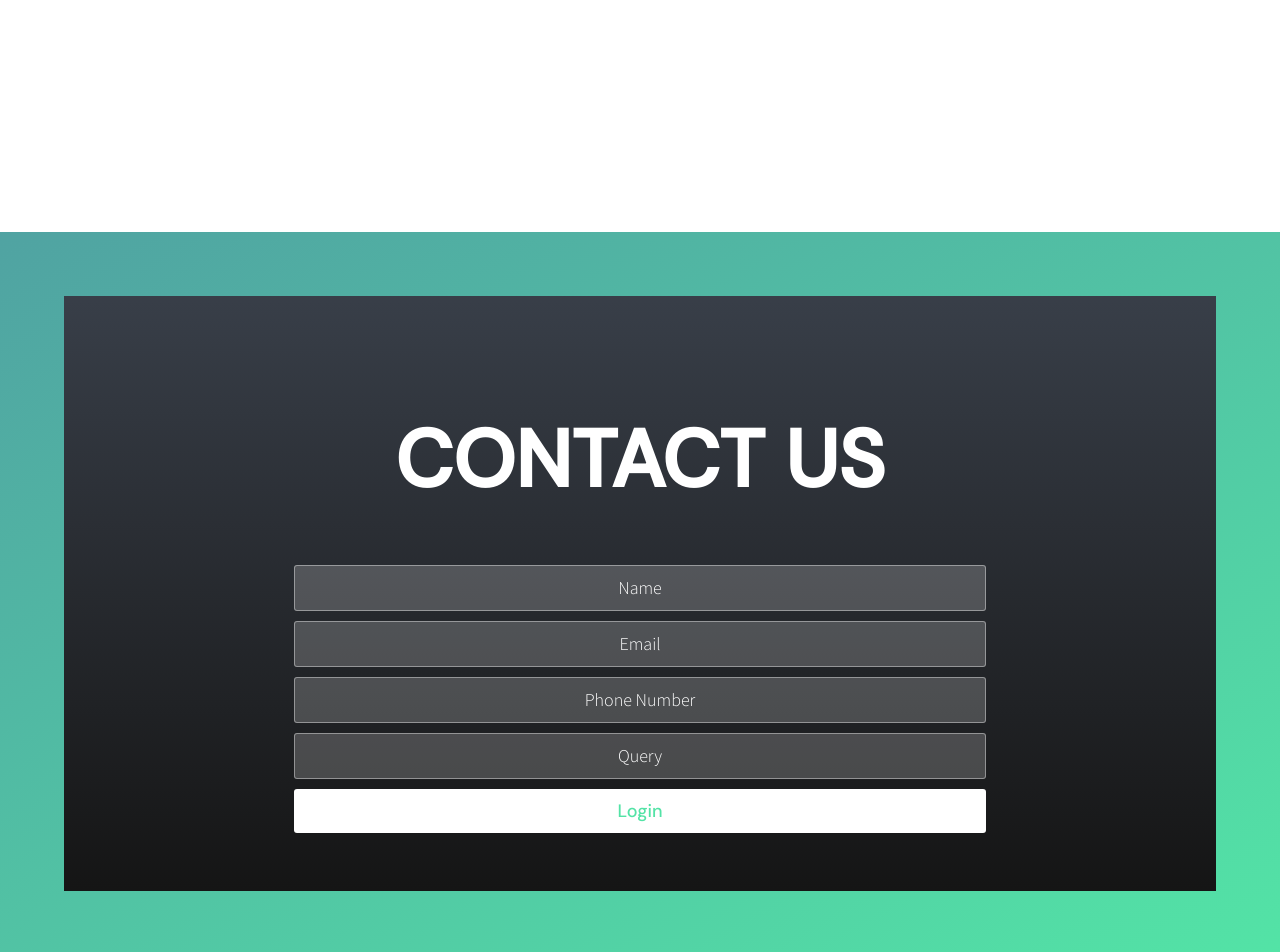
Repository: Jrap-bit/PeriodofSharing
Page: index.html
An editor plug-in stored every save of this project. The page is shown before and after the next save, followed by the edit.
The browser window is 1280 px wide. The pictures show the part of the page from y = 1325 to 2277 px (the page is 2277 px tall).

Above is the page before, as saved 2022-01-16 01:21:49.

After the next save:
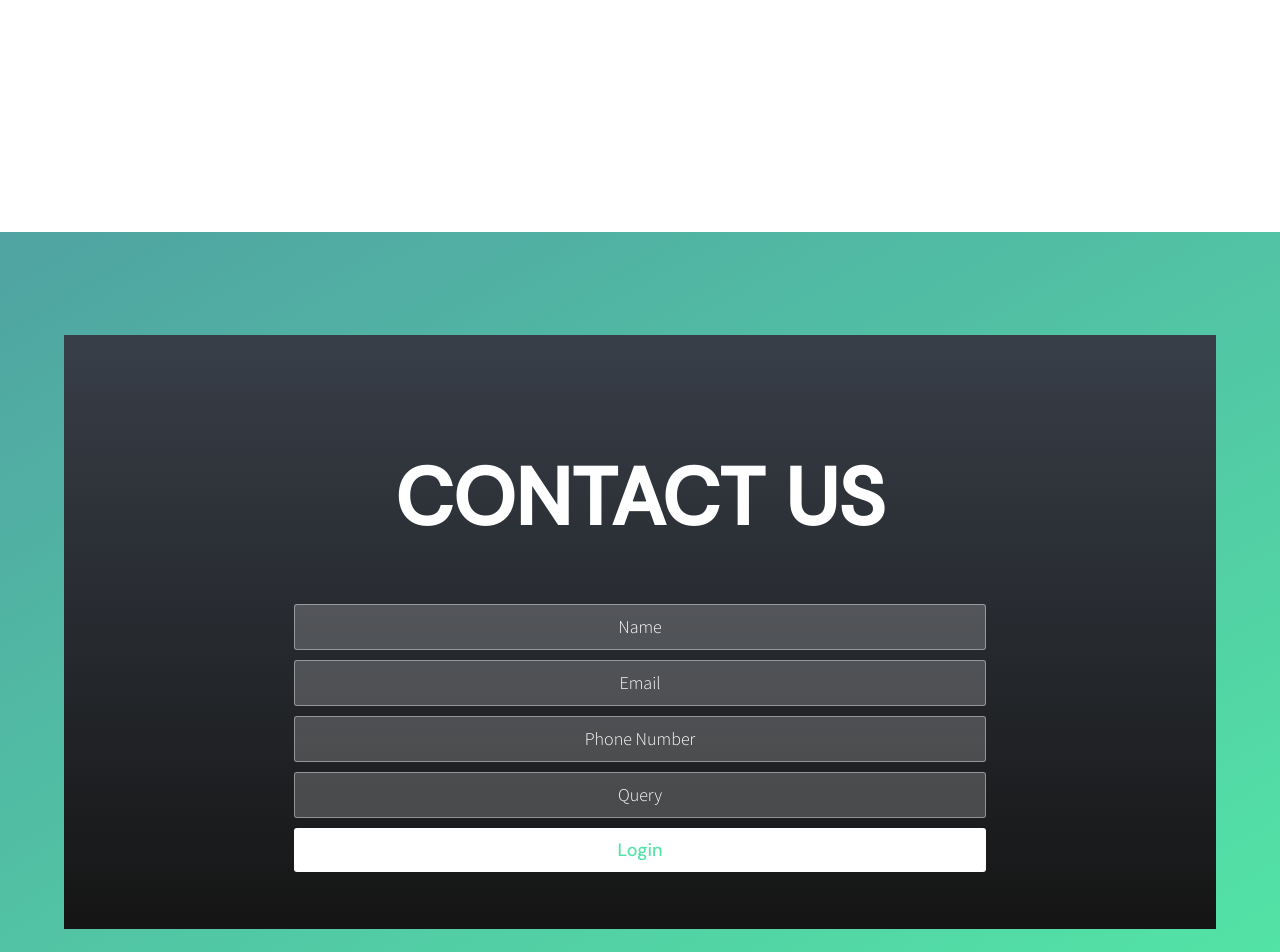
Saved 5 s later.
--- a/style.css
+++ b/style.css
@@ -56,7 +56,7 @@ body :-ms-input-placeholder {
 }
 .container {
     max-width: 90%;
-    margin: 5% auto;
+    margin: 8% auto;
     padding: 0px 0;
     height: 50%;
     text-align: center;
